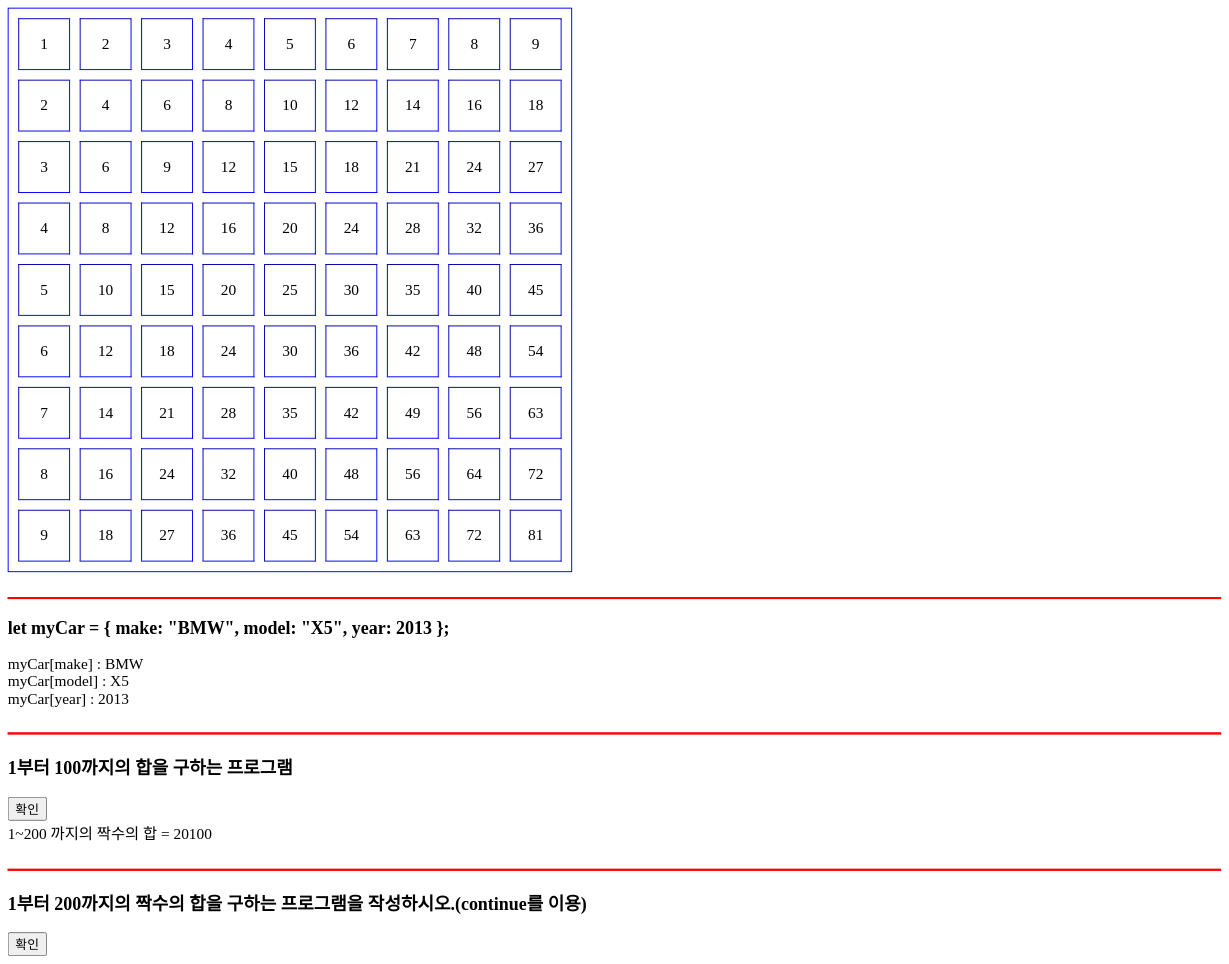
Repository: solsol7/ddit-html
Page: webpro/WebContent/0705/반복문.html
The author's editor kept a copy of each file at every save. The page is drawn from the files as they stood at one save, then again after the next save.
The browser window is 1280 px wide. The pictures show the whole page, at 96% of full size.
After loading, the first visible `input[onclick="evenPro()"]` was clicked once.

Above is the page before, as saved 2023-07-05 06:04:51.

### webpro/WebContent/0705/반복문.html
<!DOCTYPE html>
<html>
<head>
<meta charset="UTF-8">
<title>Insert title here</title>
<style>
table{
  border : 1px solid blue;
  border-spacing : 10px;
}
td{
  width : 50px;
  height : 50px;
  text-align: center;
}
</style>

<script>
window.onload = function(){

	code = `<table border="1">`;

	for(i=1; i<=9; i++){
		code += `<tr>`;
		for(j=1; j<=9; j++){
			code += `<td>${i*j}</td>`
		}
		code += `</tr>`;
	}

	code += `</table>`;

	//result1 검색
	document.querySelector('#result1').innerHTML = code;
		//result1이 만들어져있는 상태에서 얘를 검색해야하는데 스크립트가 먼저 실행되면 만들어지지않은 상태 => window.onload필요

	str = "";
	//객체 선언
	let myCar = { make: "BMW", model: "X5", year: 2013 };

	for(x in myCar){
		str += `myCar[${x}] : ${myCar[x]} <br>`;
	}
	document.querySelector('#result2').innerHTML = str;


}

sumPro = function(){
	sum = 0;
	for(i=1; i<=100; i++){
		sum+=i;
	}

	str = `1~100까지의 합 = ${sum}`
	document.querySelector('#result3').innerHTML = str;
}

evenPro = function(){
	sum=0;
	for(i=1; i<=200; i++){
		sum += i;
	}

	str = `1~200 까지의 짝수의 합 = ${sum}`;
	document.querySelector('#result3').innerHTML = str;

}
</script>
</head>
<body>
<div id="result1"></div>
<br>
<hr color = "red">
<h3>let myCar = { make: "BMW", model: "X5", year: 2013 };</h3>
<div id="result2"></div>
<br>
<hr color = "red">
<h3>1부터 100까지의 합을 구하는 프로그램</h3>
<input type="button" value="확인" onclick="sumPro()">
<div id="result3"></div>

<br>
<hr color = "red">
<h3>1부터 200까지의 짝수의 합을 구하는 프로그램을 작성하시오.(continue를 이용)
</h3>
<input type="button" value="확인" onclick="evenPro()">
<div id="result4"></div>
</body>
</html>

After the next save:
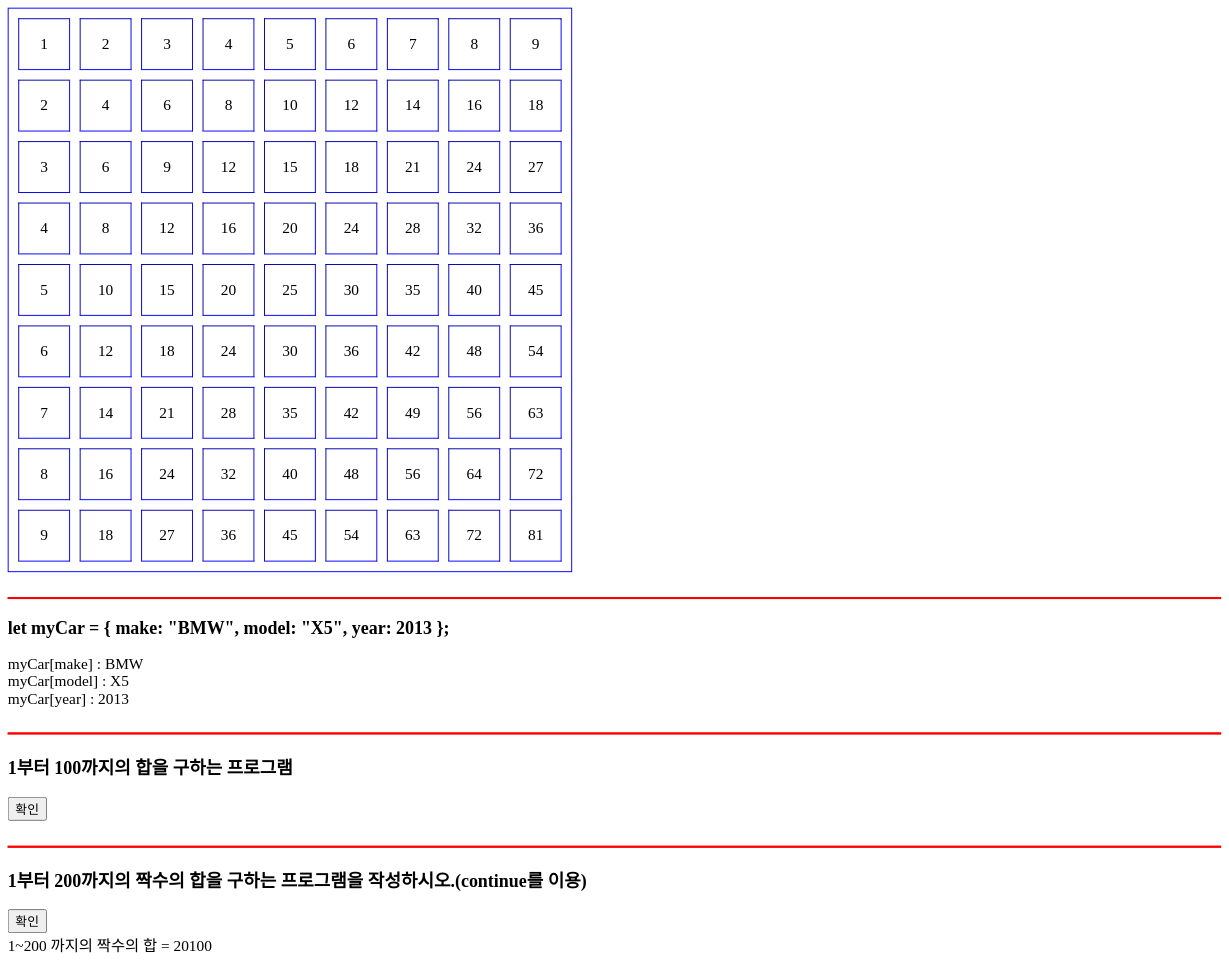
Saved 5 s later.
--- a/webpro/WebContent/0705/반복문.html
+++ b/webpro/WebContent/0705/반복문.html
@@ -63,7 +63,7 @@ evenPro = function(){
 	}
 
 	str = `1~200 까지의 짝수의 합 = ${sum}`;
-	document.querySelector('#result3').innerHTML = str;
+	document.querySelector('#result4').innerHTML = str;
 
 }
 </script>
